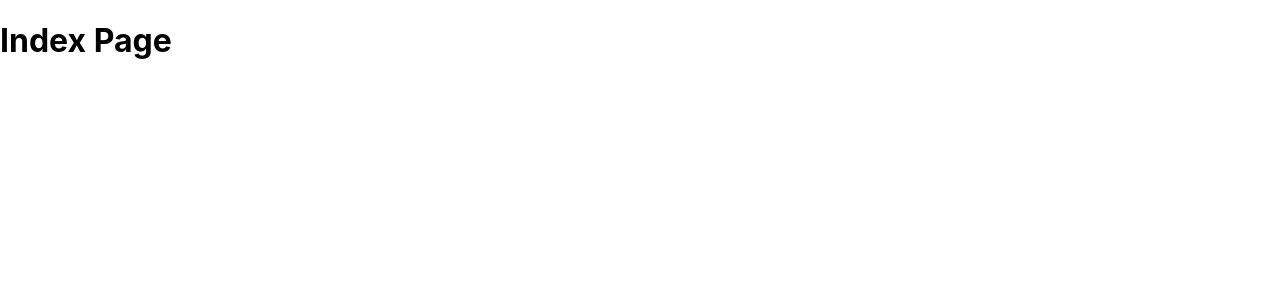
Repository: mergemaven11/Crud_Nextjs
Page: /rant-board
These files come from the project's save history. The page is drawn as it stood at one moment and after a run of saves; the edit follows.
The browser window is 1280 px wide. The pictures show the whole page.
The project was rebuilt for these pictures with package versions that can differ from the ones it lists, and the page was loaded fresh each time. The framework's server and built-in components were replaced by stand-ins that run in the browser.

Above is the page before, as saved 2020-10-22 18:39:53.

After the next 2 saves:
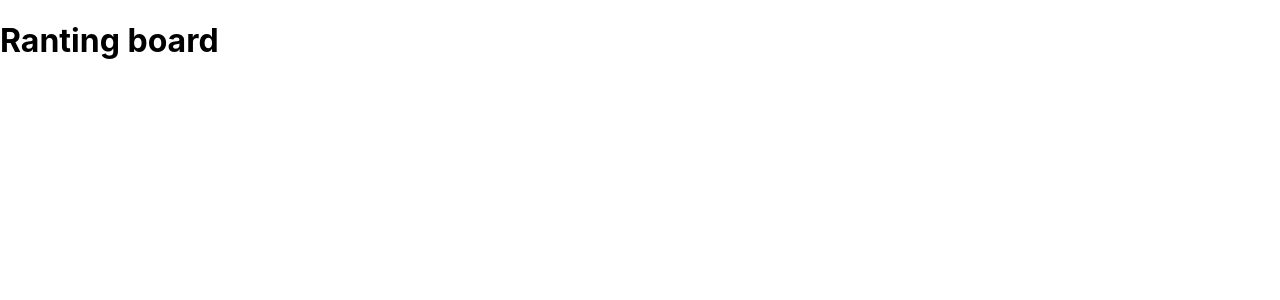
The 2 saves are shown as one change because they came seconds apart.
The last was saved 9 s later.
--- a/pages/rant-board/index.jsx
+++ b/pages/rant-board/index.jsx
@@ -1,3 +1,3 @@
 import React from 'react'
 
-export default () => <h1>Index Page</h1>
+export default () => <h1>Ranting board</h1>
